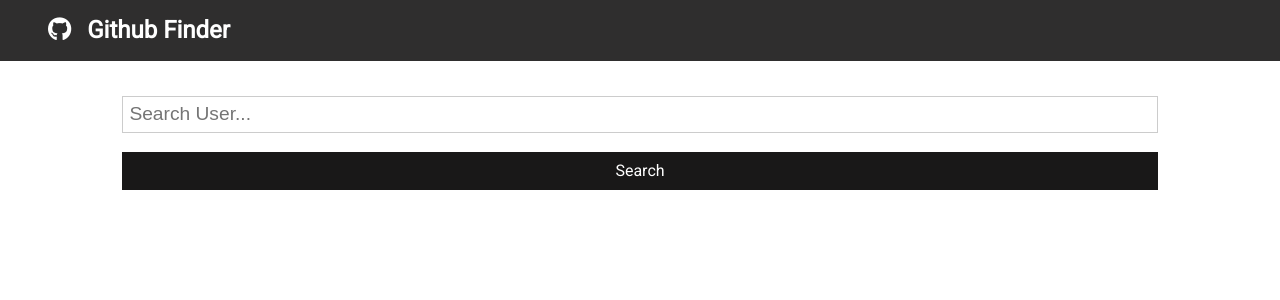
Repository: Garry028/Github-Finder
Page: /
An editor plug-in stored every save of this project. The page is shown before and after the next save, followed by the edit.
The browser window is 1280 px wide. The pictures show the whole page.
Some web libraries are served in a nearby version. The project was rebuilt for these pictures with package versions that can differ from the ones it lists, and the page was loaded fresh each time. Also part of the build but not shown: src/Components/layout/Spinner.js, src/Components/Users/UserItem.js.

Above is the page before, as saved 2022-08-08 13:18:25.

After the next save:
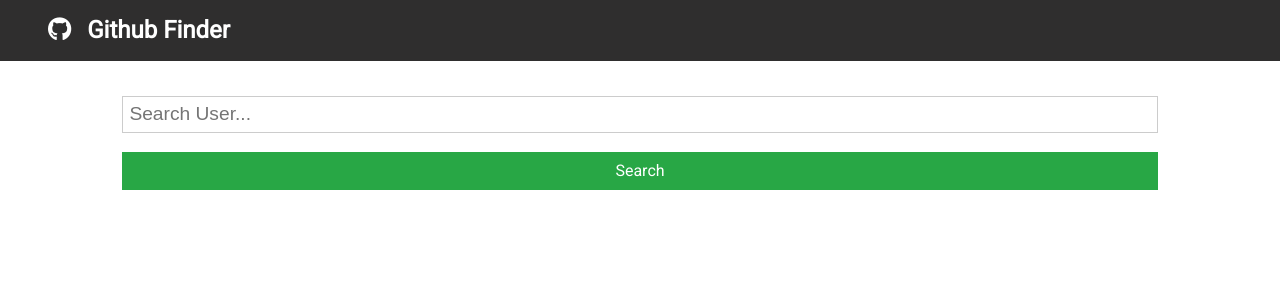
Saved 41 s later.
--- a/src/Components/Users/Search.js
+++ b/src/Components/Users/Search.js
@@ -31,7 +31,7 @@ class Search extends Component {
             <div>
                 <form onSubmit={this.onSubmit} className="form">
                     <input type="text" name='text' placeholder='Search User...' value={this.state.text} onChange={this.onChange} />
-                    <input type="submit" value="Search" className='btn btn-dark btn-block' />
+                    <input type="submit" value="Search" className='btn btn-success btn-block' />
                 </form>
 
                 {/* means when showClear is true then & only then show clear button */}
